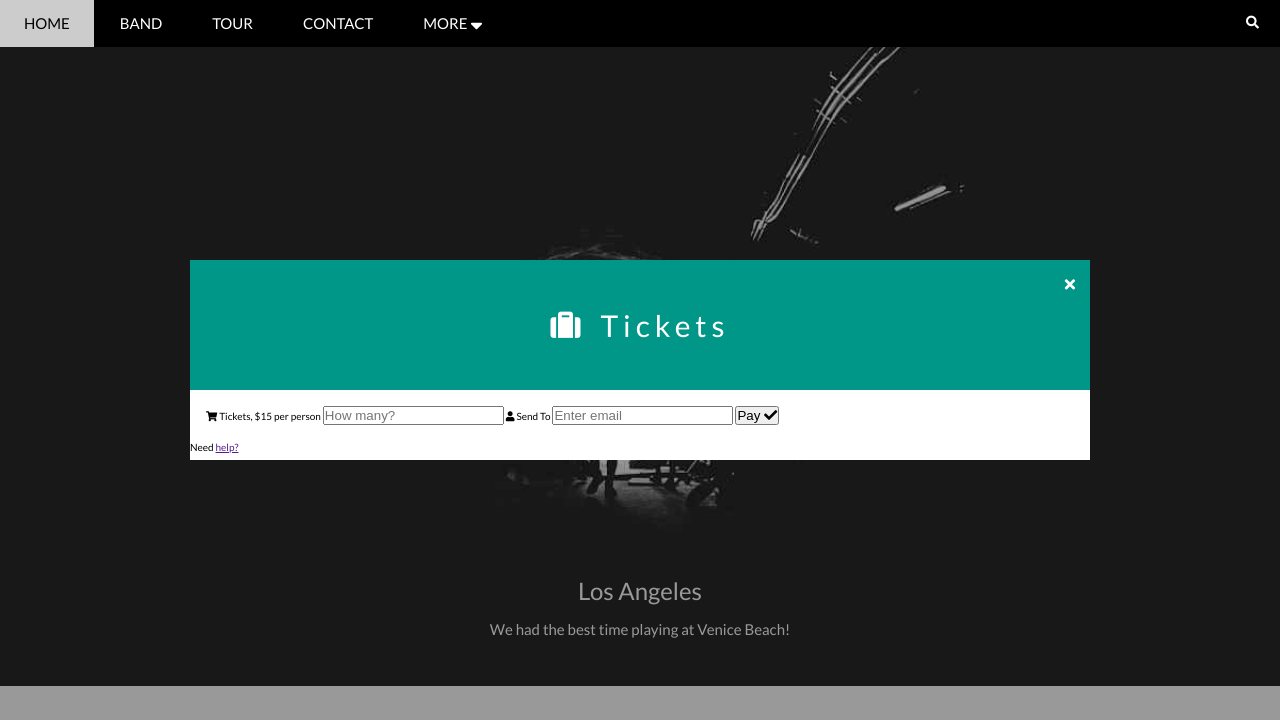
Repository: nguyenthaicong265/w3-band
Page: index.html
The author's editor kept a copy of each file at every save. The page is drawn from the files as they stood at one save, then again after the next save.
The browser window is 1280 px wide. The pictures show the window.
A layer covers the whole window, so only the first screen is drawn.

Above is the page before, as saved 2022-01-03 11:55:59.

After the next save:
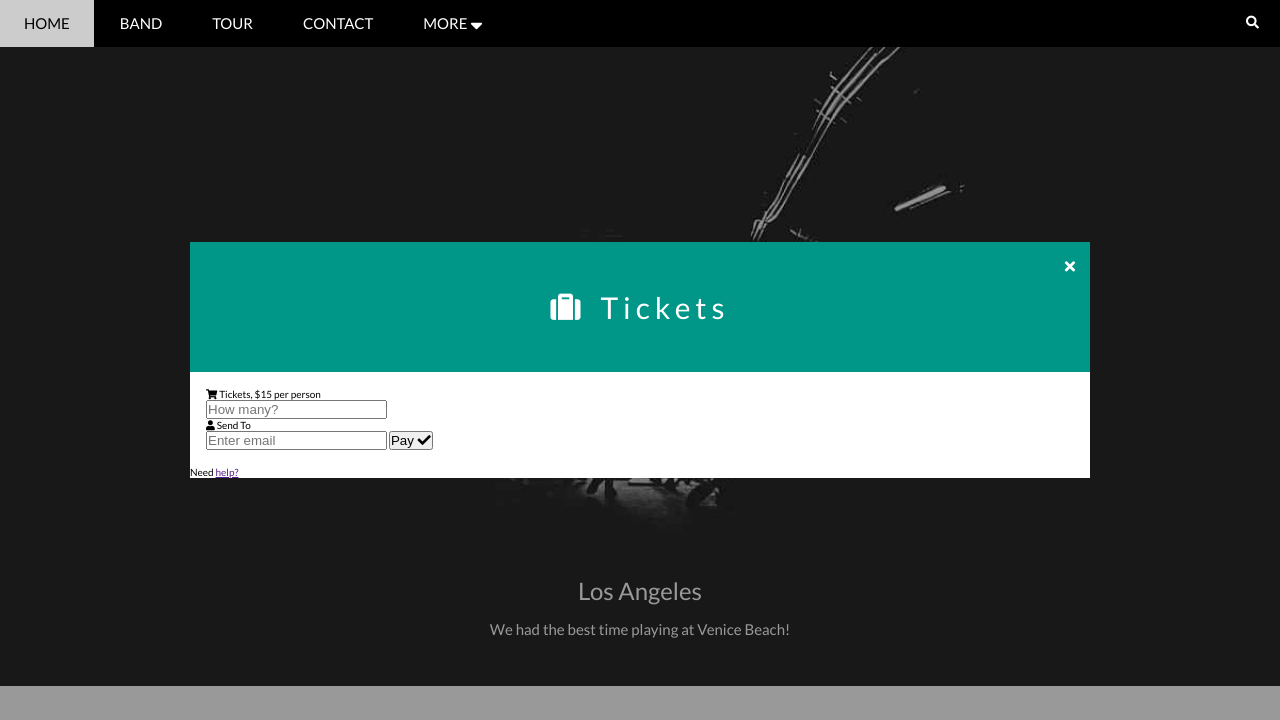
Saved 58 s later.
--- a/assets/css/styles.css
+++ b/assets/css/styles.css
@@ -359,3 +359,7 @@ html {
     padding: 16px;
 
 }
+
+.modal-body .modal-label {
+    display: block;
+}

After the save that followed:
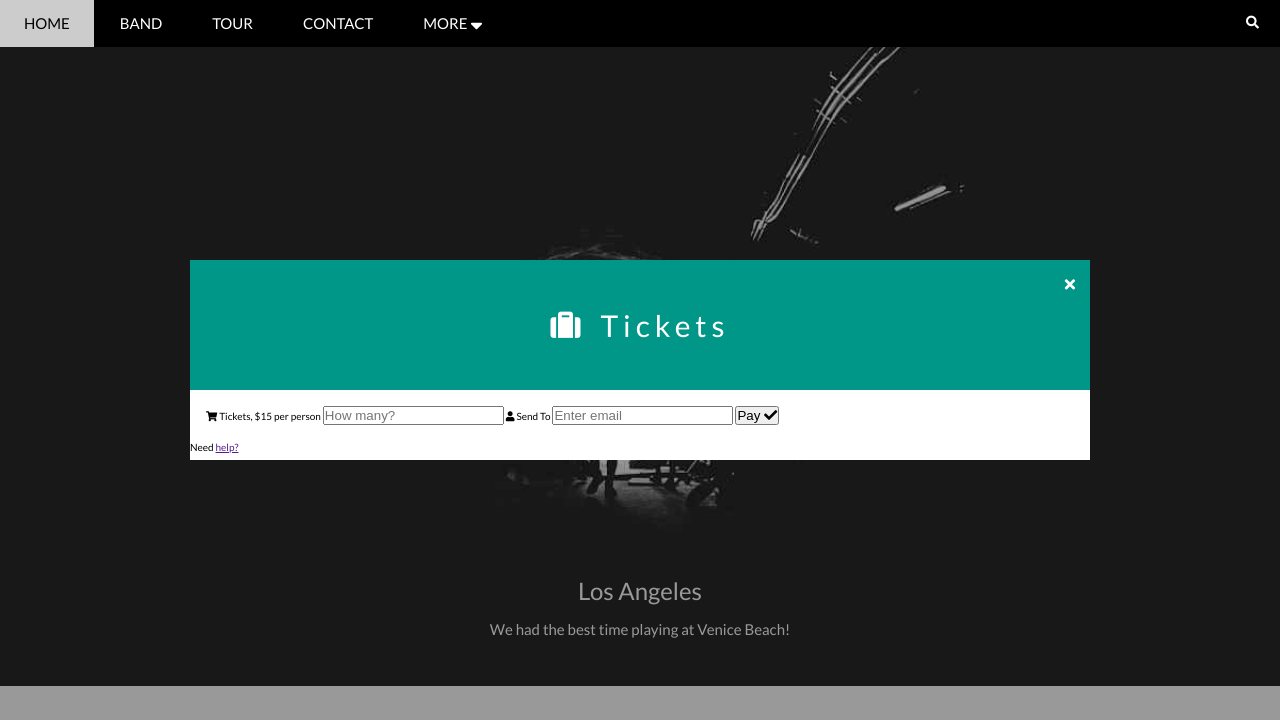
Saved 14 s later.
--- a/assets/css/styles.css
+++ b/assets/css/styles.css
@@ -361,5 +361,5 @@ html {
 }
 
 .modal-body .modal-label {
-    display: block;
-}
+    display: inline-block;
+}
